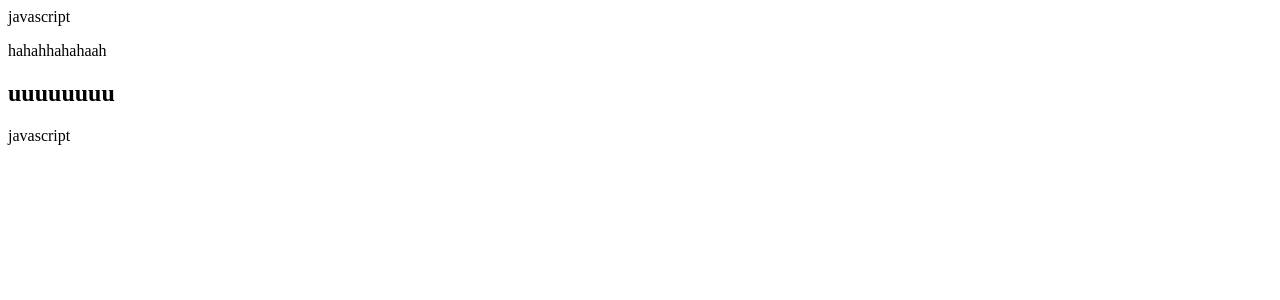
Repository: monijijian/VScodeProject
Page: test.html
These files come from the project's save history. The page is drawn as it stood at one moment and after the next save; the edit follows.
The browser window is 1280 px wide. The pictures show the whole page.

Above is the page before, as saved 2020-09-05 11:35:13.

After the next save:
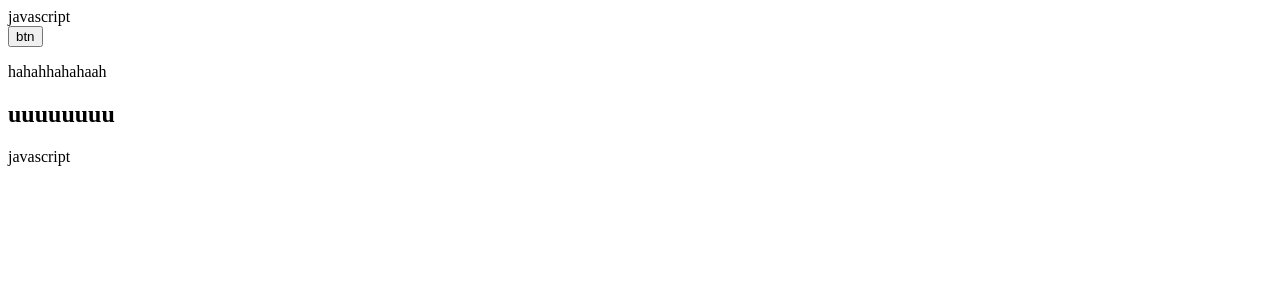
Console error: TypeError: Cannot set properties of null (setting 'onclick')
Saved 3 min 18 s later.
--- a/test.html
+++ b/test.html
@@ -10,11 +10,17 @@
 </head>
 <body>
     <div>
-        <p>hahahhahahaah</p>
+        <button id='btn'>btn</button>
+        <p id='pp'>hahahhahahaah</p>
         <h2>uuuuuuuu</h2>
     </div>
     <script>
         document.write('javascript');
+        var btn = document.getElementById('#btn');
+        var pp = document.getElementById('#pp');
+        btn.onclick = () => {
+            pp.innerHTML("whatfuck!")
+        }
     </script>
 </body>
 </html>
